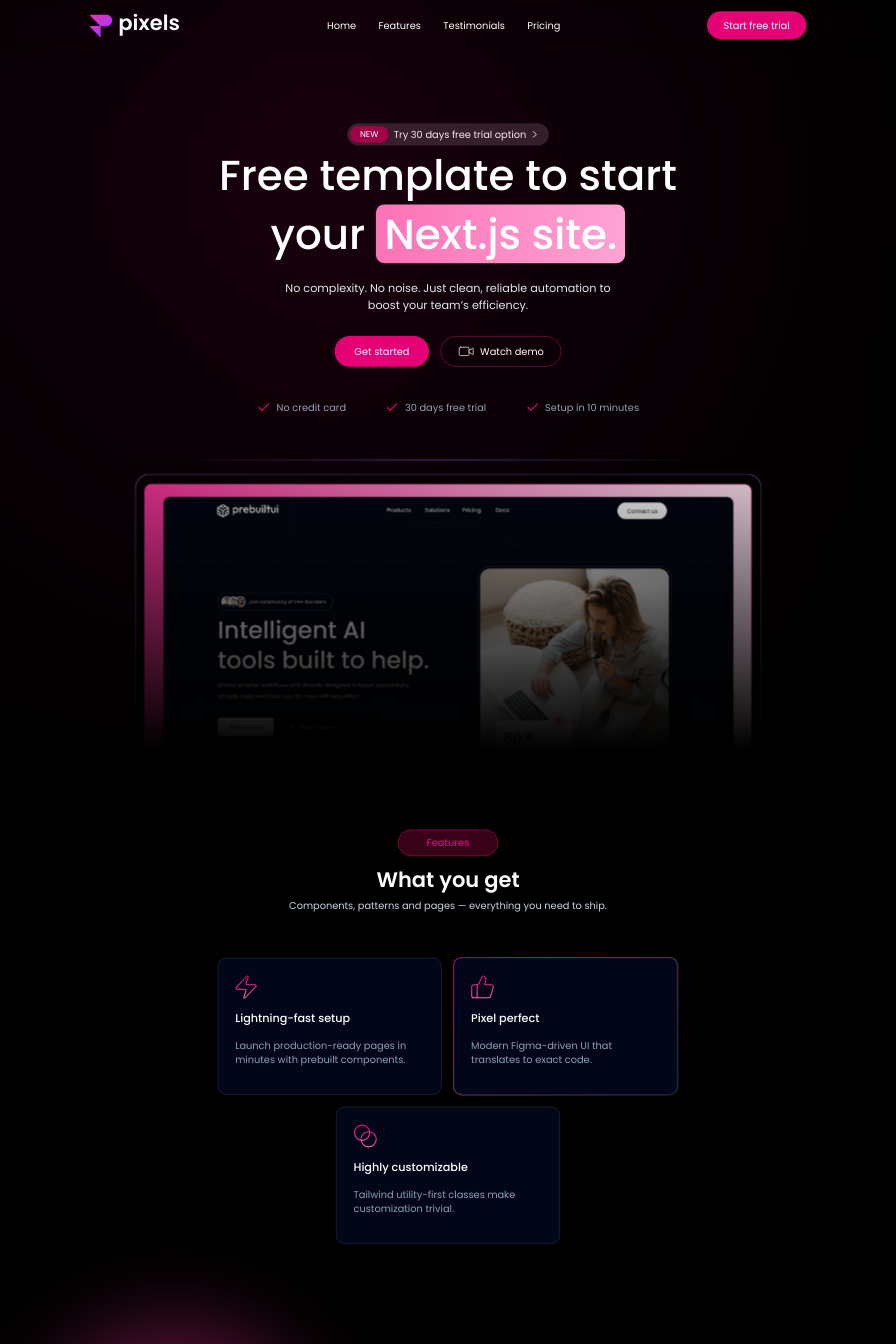
Repository: abhiraj33181/Thumblify
Page: / (app in client/)
An editor plug-in stored every save of this project. The page is shown before and after the next save, followed by the edit.
The browser window is 1280 px wide. The pictures show the part of the page from y = 0 to 1920 px (the page is 5296 px tall), at 70% of full size.
The project was rebuilt for these pictures with package versions that can differ from the ones it lists, and the page was loaded fresh each time. Also part of the build but not shown: client/vite.config.ts.

Above is the page before, as saved 2026-01-08 07:47:13.

After the next save:
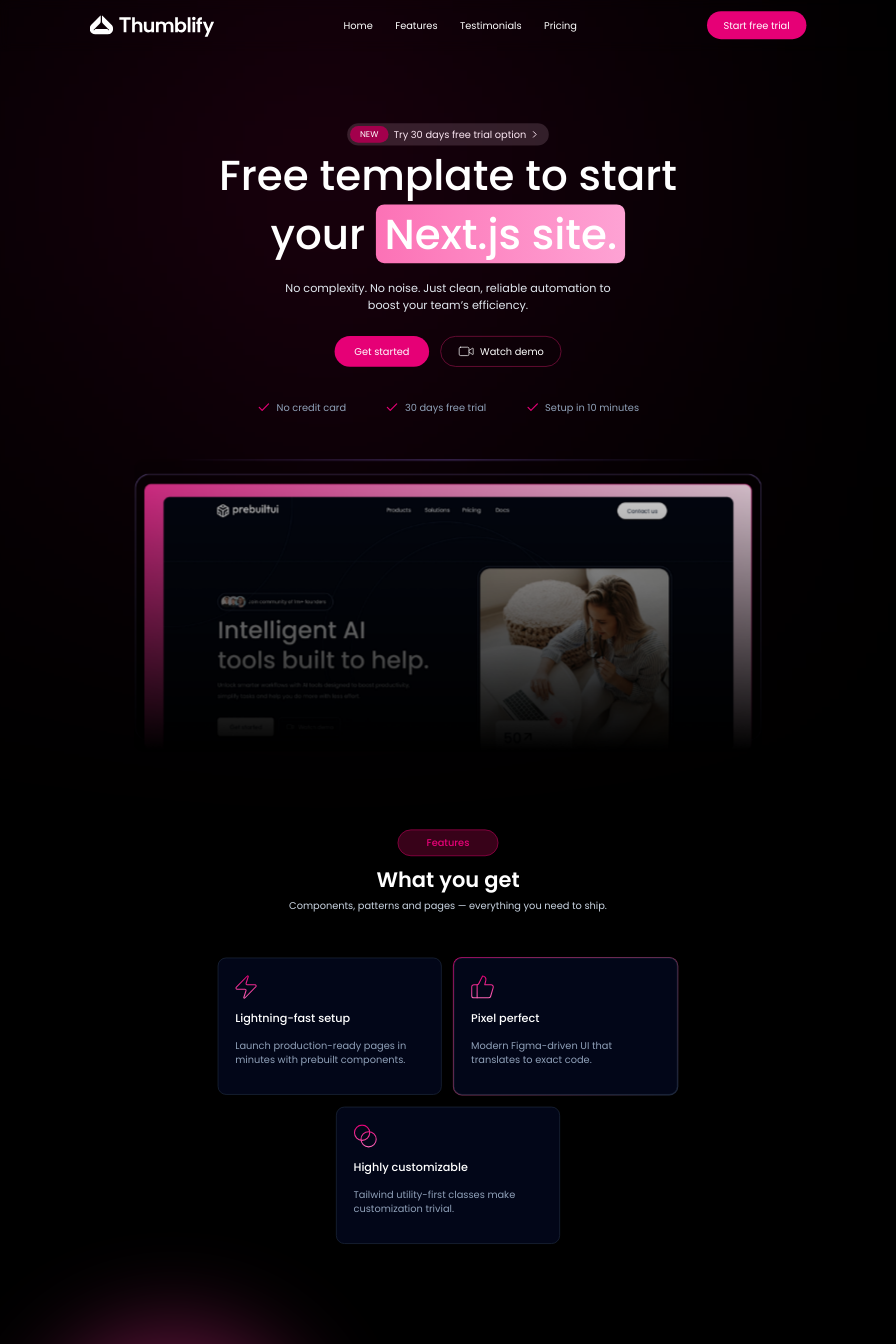
Saved 3 min 9 s later.
--- a/client/src/components/Navbar.tsx
+++ b/client/src/components/Navbar.tsx
@@ -3,7 +3,7 @@
 import { motion } from "motion/react";
 import { navlinks } from "../data/navlinks";
 import type { INavLink } from "../types";
-import { NavLink } from "react-router-dom";
+import { NavLink, Link } from "react-router-dom";
 
 export default function Navbar() {
     const [isOpen, setIsOpen] = useState(false);
@@ -16,9 +16,9 @@
                 viewport={{ once: true }}
                 transition={{ type: "spring", stiffness: 250, damping: 70, mass: 1 }}
             >
-                <a href="https://prebuiltui.com?utm_source=pixels">
-                    <img className="h-8.5 w-auto" src="/assets/logo.svg" alt="logo" width={130} height={34} />
-                </a>
+                <Link to='/'>
+                    <img src='/logo.svg' alt="logo" className="h-8.5 w-auto" />
+                </Link>
 
                 <div className="hidden md:flex items-center gap-8 transition duration-500">
                     {navlinks.map((link: INavLink) => (
